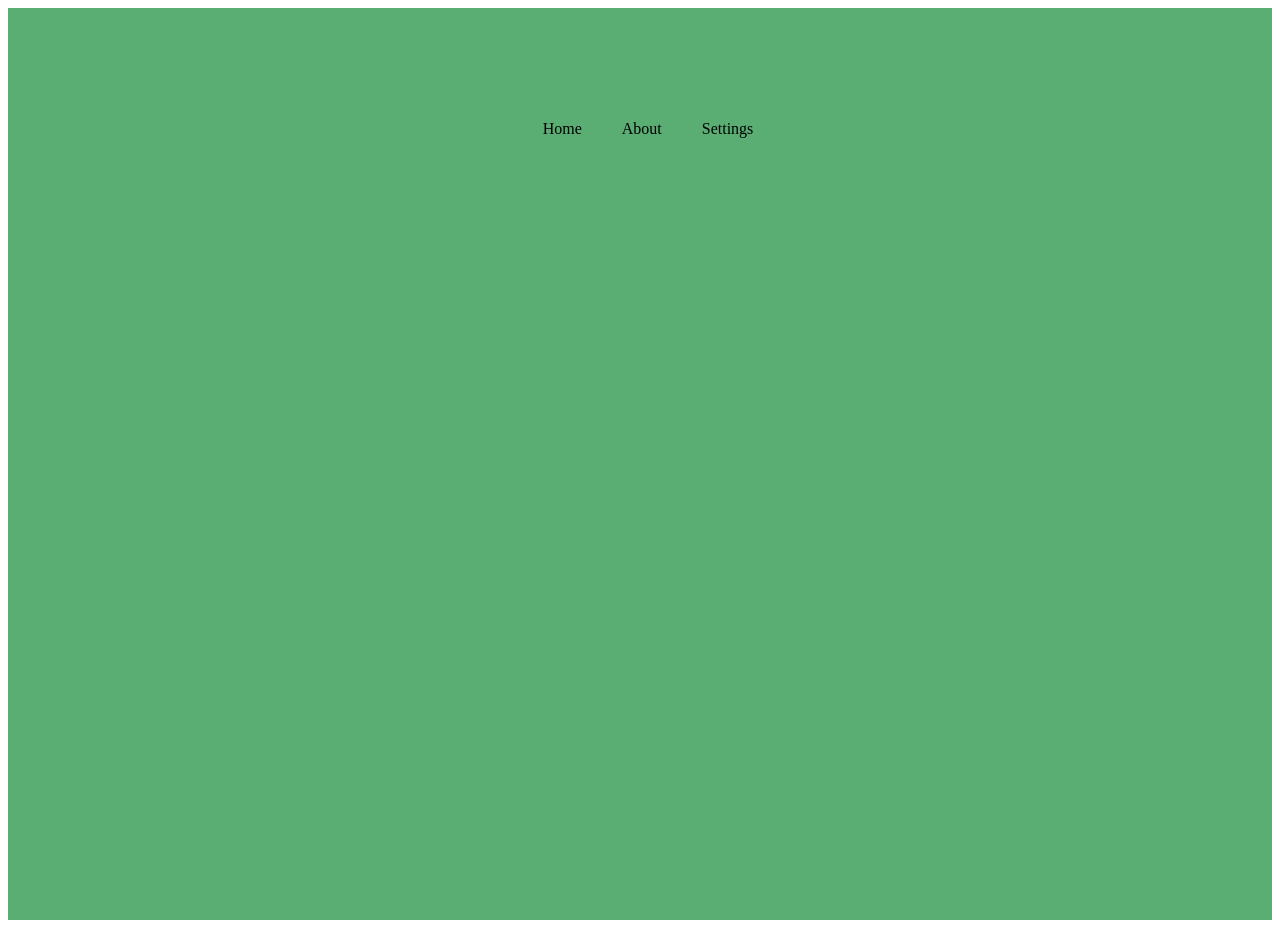
Repository: k8ANStar/Questify
Page: /
These files come from the project's save history. The page is drawn as it stood at one moment and after a run of saves; the edit follows.
The browser window is 1280 px wide. The pictures show the whole page.
The project was rebuilt for these pictures with package versions that can differ from the ones it lists, and the page was loaded fresh each time. The framework's server and built-in components were replaced by stand-ins that run in the browser. Also part of the build but not shown: next.config.mjs.

Above is the page before, as saved 2024-03-24 21:50:46.

### pages/index.js
import Head from "next/head";
import styles from "@/styles/Home.module.css";
import Header from "@/components/Header";


export default function Home() {
  return (
    <>
      <Head>
        <title>Create Next App</title>
        <meta name="description" content="Generated by create next app" />
        <meta name="viewport" content="width=device-width, initial-scale=1" />
        <link rel="icon" href="/favicon.ico" />
      </Head>
      <main className={`${styles.main}`}>
     <Header />

      </main>
    </>
  );
}

### styles/Home.module.css
.main {
  display: flex;
  flex-direction: column;
  justify-content: space-between;
  align-items: center;
  padding: 6rem;
  min-height: 100vh;
  background-color: rgb(91, 174, 115);
}

### components/Header/index.js
import styles from "./Header.module.css"
import Link from "next/link";
export default function Header() {
	return (
		<>
			<ul className={styles.nav}>
				<li>
					<Link href={"/"} className={styles.home}>
						Home
					</Link>
				</li>
				<li>
					<Link href={"/About"} className={styles.about}>
						About
					</Link>
				</li>
				<li>
					<Link href={"/Settings"} className={styles.settings}>
						Settings
					</Link>
				</li>
			</ul>
		</>
	);
}

### components/Header/Header.module.css
.nav {
	display: flex;
	list-style-type: none;
	text-decoration: none;
}

.home,
.about,
.settings {
	text-decoration: none;
	color: var(--black);
	margin-right: 2rem;
	margin-left: 0.5rem;
	white-space: nowrap;
}

Loaded but not shown: pages/_app.js (common file); pages/_document.js (common file); styles/globals.css (common file)

After the next 4 saves:
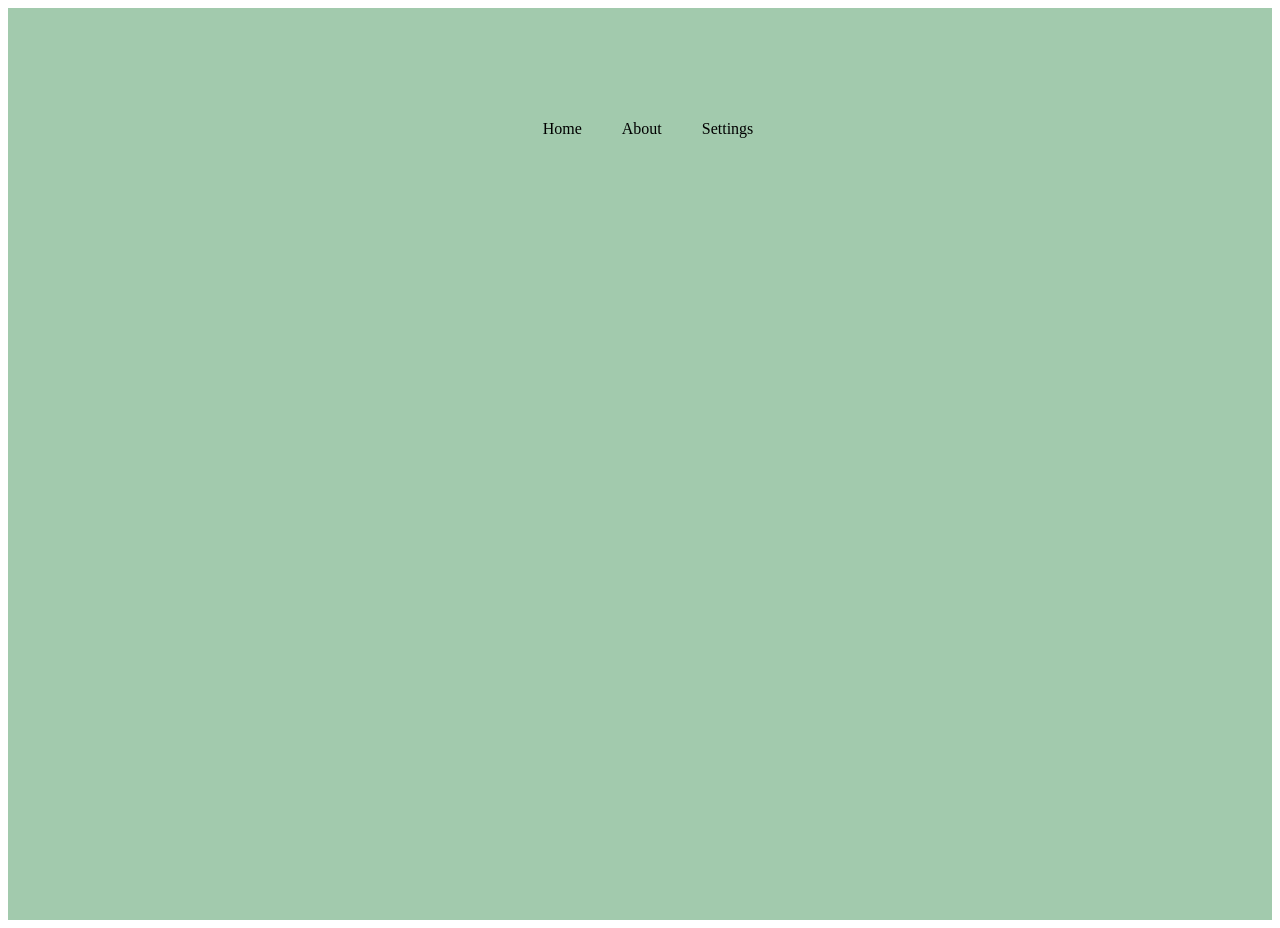
The 4 saves are shown as one change because they came seconds apart.
The last was saved 13 s later.
--- a/styles/Home.module.css
+++ b/styles/Home.module.css
@@ -5,5 +5,5 @@
   align-items: center;
   padding: 6rem;
   min-height: 100vh;
-  background-color: rgb(91, 174, 115);
+  background-color: rgb(162, 202, 173);
 }
